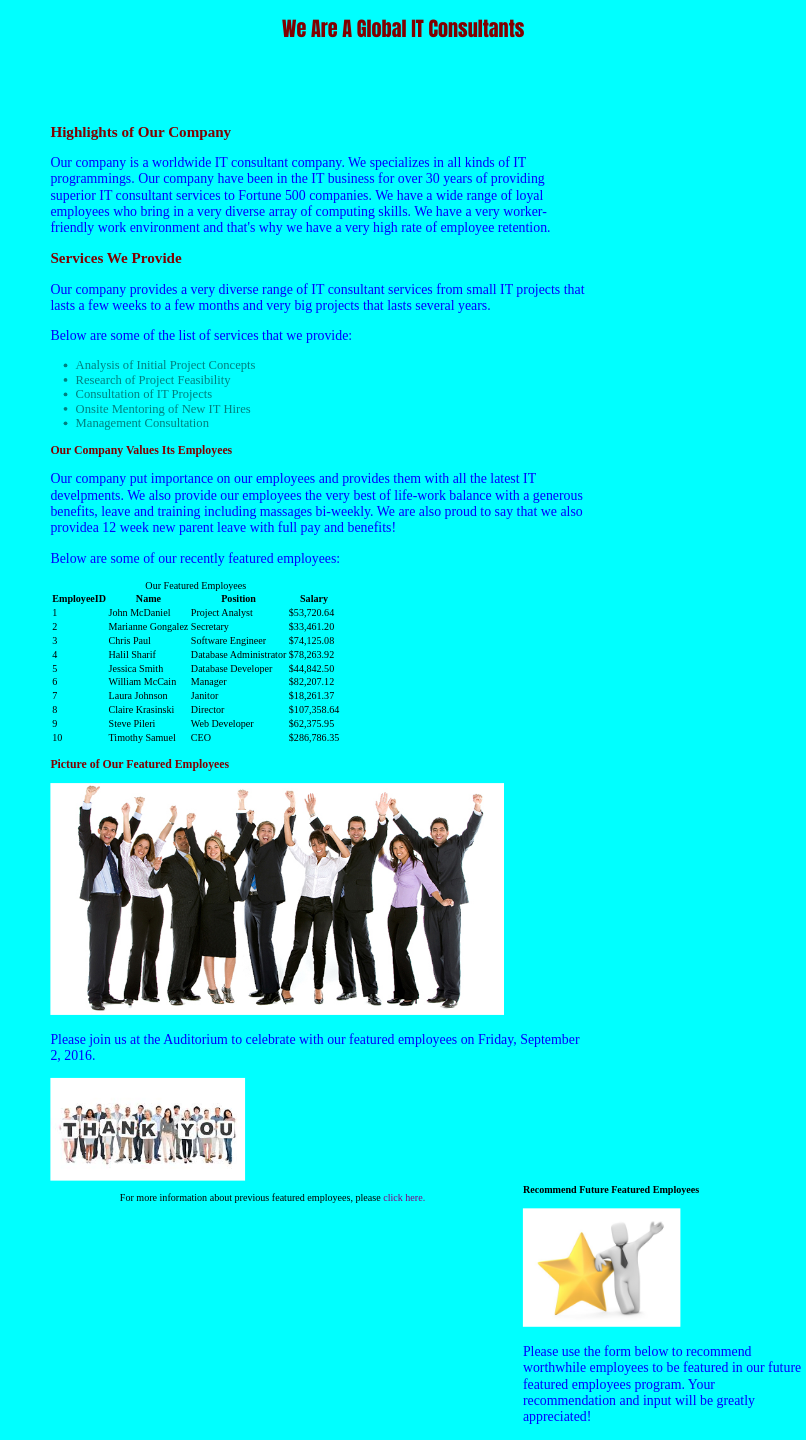
Repository: myjavaweb2/Week5JDBCAssignments
Page: myweek4project/src/main/webapp/index.html
These files come from the project's save history. The page is drawn as it stood at one moment and after the next save; the edit follows.
The browser window is 1280 px wide. The pictures show the whole page, at 63% of full size.

Above is the page before, as saved 2016-08-26 17:49:15.

After the next save:
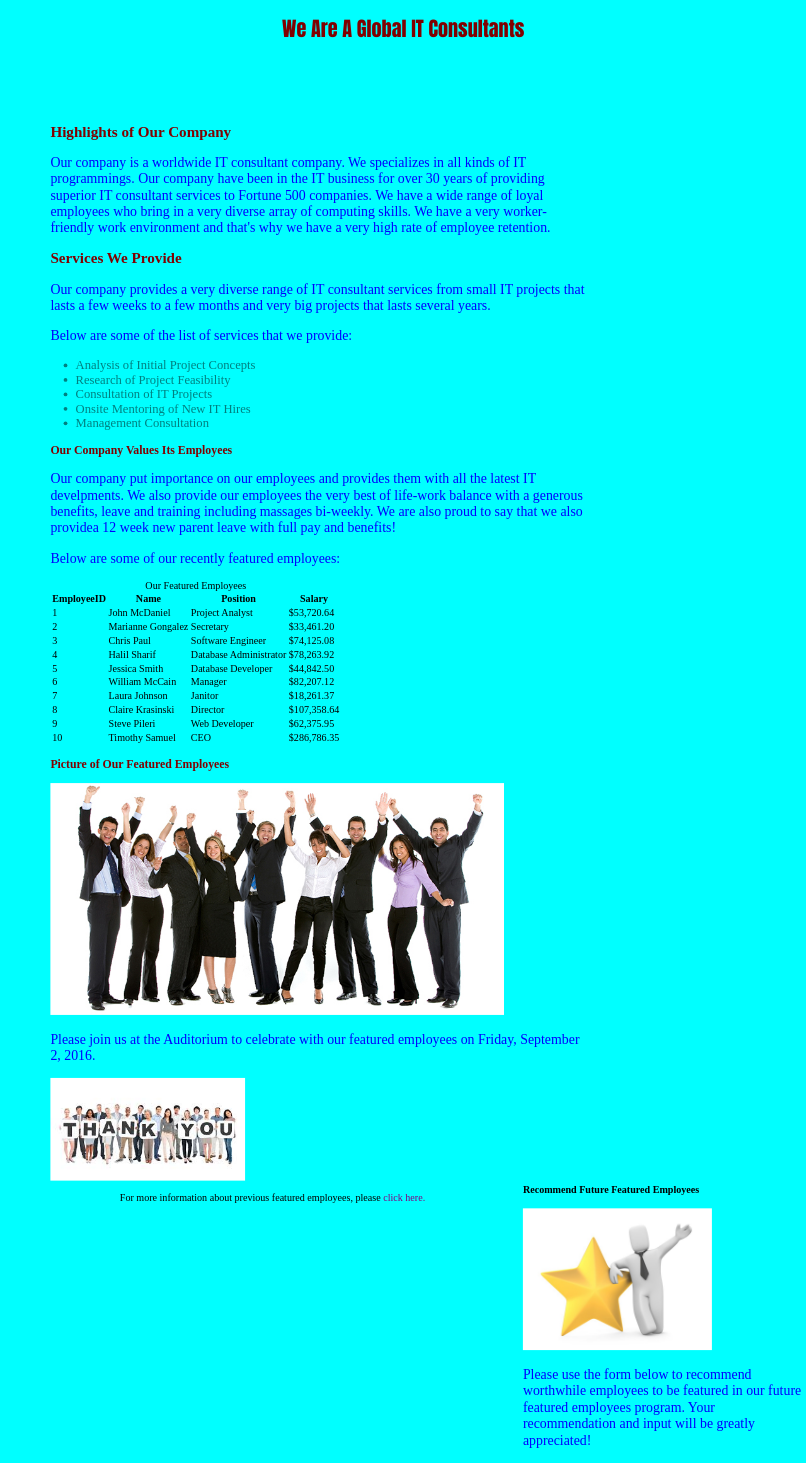
Saved 26 s later.
--- a/myweek4project/src/main/webapp/index.html
+++ b/myweek4project/src/main/webapp/index.html
@@ -134,7 +134,7 @@ on Friday, September 2, 2016.</p>
 <aside>
 <h4>Recommend Future Featured Employees</h4>
 
-<img alt="Employee Pride" src="images/employee_pride.jpg" width="250px">
+<img alt="Employee Pride" src="images/employee_pride.jpg" width="300px">
 
 <p>Please use the form below to recommend worthwhile employees to be featured
 in our future featured employees program. Your recommendation and input will
